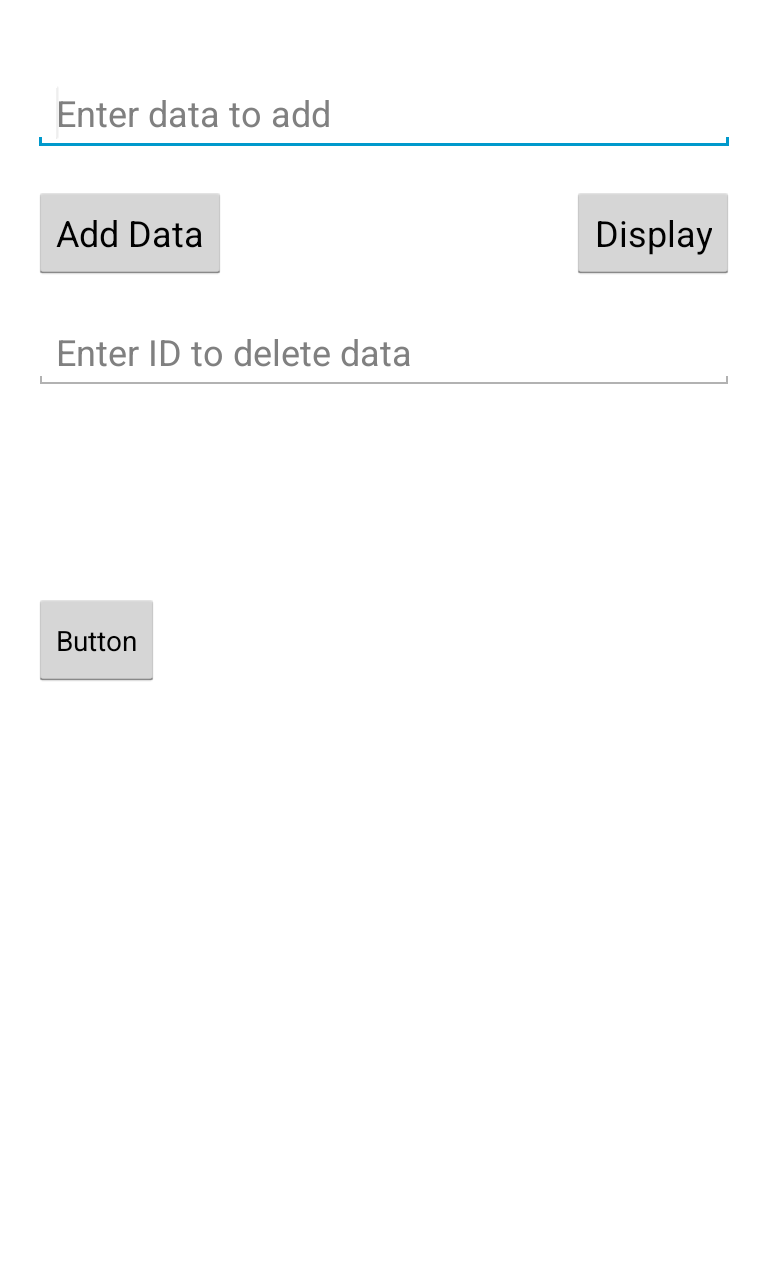
Repository: MadhuHS/JECM3
Layout: SqliteDemo/res/layout/activity_main.xml
The author's editor kept a copy of each file at every save. The layout is drawn from the files as they stood at one save, then again after the next save.
It is drawn on a 768 x 1280 px phone screen (xhdpi) without system bars, with theme AppTheme; the app's code is not run. Lists and similar views that code fills are empty.

Above is the layout before, as saved 2015-12-21 04:33:52.

After the next save:
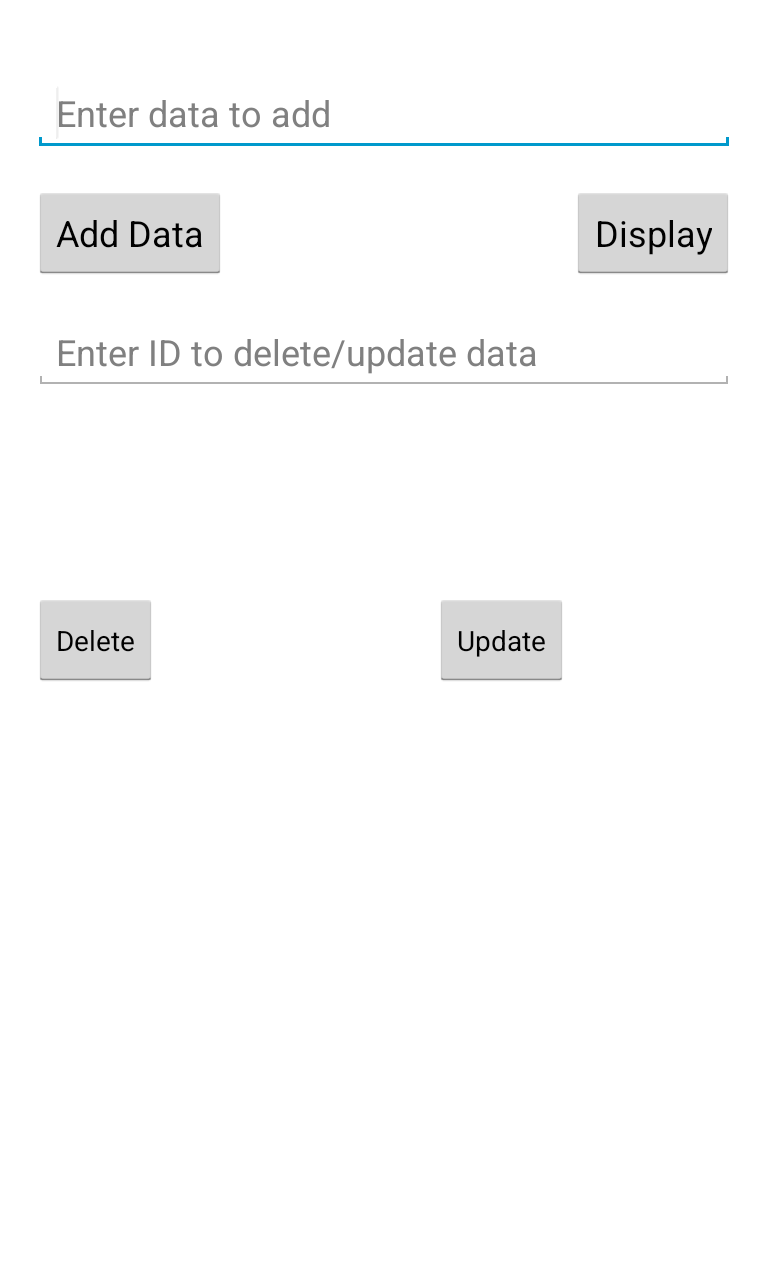
Saved 60 s later.
--- a/SqliteDemo/res/layout/activity_main.xml
+++ b/SqliteDemo/res/layout/activity_main.xml
@@ -41,7 +41,7 @@
         android:layout_below="@+id/buttonadd"
         android:layout_marginTop="16dp"
         android:ems="10"
-        android:hint="Enter ID to delete data" />
+        android:hint="Enter ID to delete/update data" />
 
     <Button
         android:id="@+id/buttondisplay"
@@ -59,7 +59,7 @@
         android:layout_height="wrap_content"
         android:layout_alignLeft="@+id/editText2"
         android:layout_centerVertical="true"
-        android:text="Button" />
+        android:text="Delete" />
 
     <ListView
         android:id="@+id/listView1"
@@ -70,4 +70,13 @@
 
     </ListView>
 
+    <Button
+        android:id="@+id/button2"
+        style="?android:attr/buttonStyleSmall"
+        android:layout_width="wrap_content"
+        android:layout_height="wrap_content"
+        android:layout_above="@+id/listView1"
+        android:layout_toLeftOf="@+id/buttondisplay"
+        android:text="Update" />
+
 </RelativeLayout>
